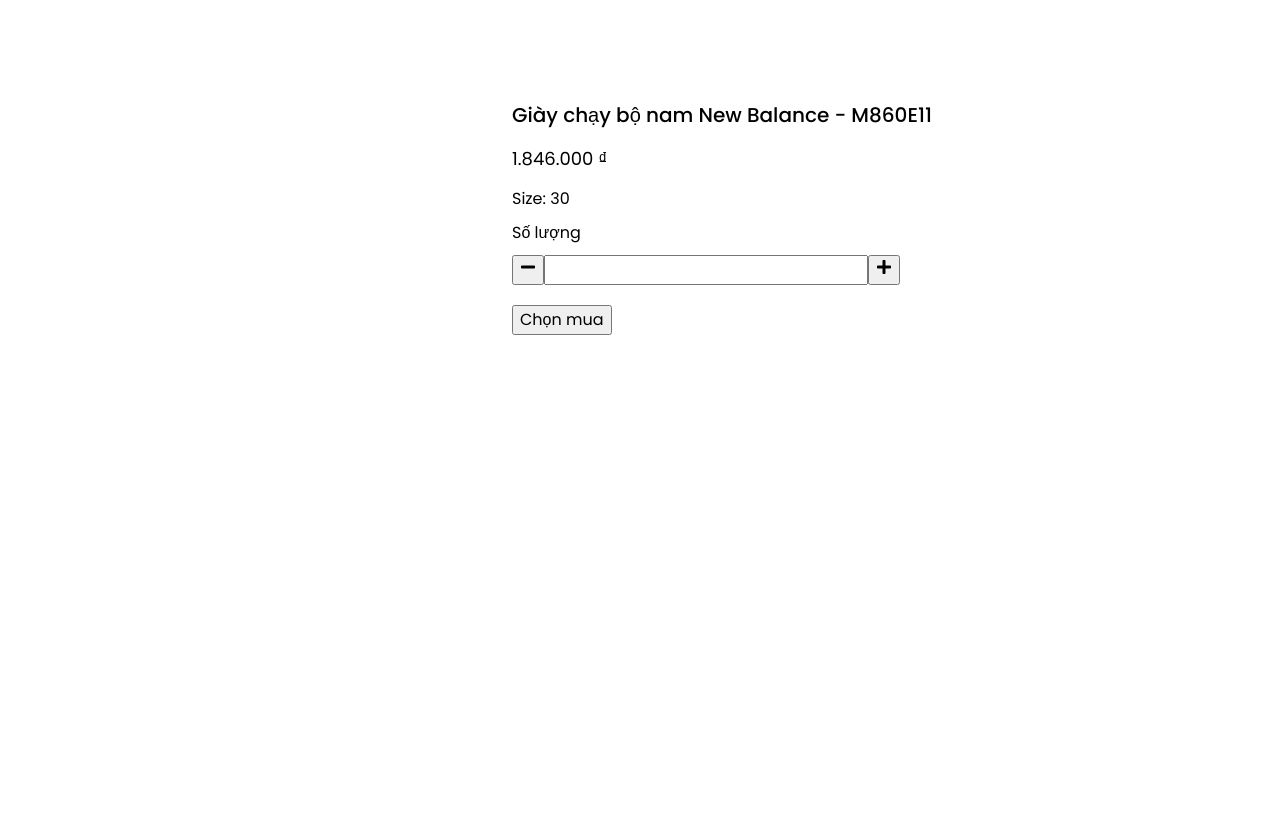
Repository: hoang0508/ReactJsHoiDanIT
Page: /
These files come from the project's save history. The page is drawn as it stood at one moment and after the next save; the edit follows.
The browser window is 1280 px wide. The pictures show the whole page.
The project was rebuilt for these pictures with package versions that can differ from the ones it lists, and the page was loaded fresh each time.

Above is the page before, as saved 2022-02-24 14:22:55.

After the next save:
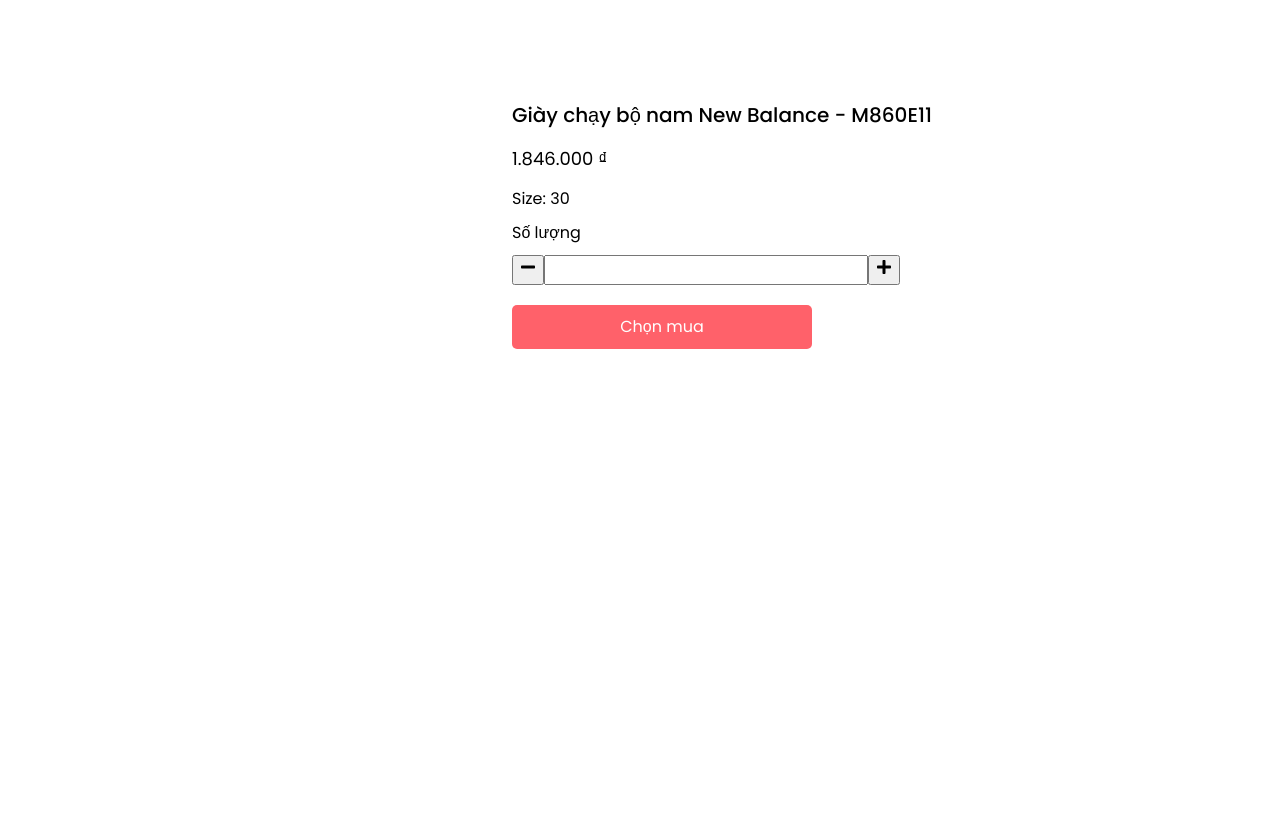
Saved 2 min 4 s later.
--- a/src/components/Products/Product.scss
+++ b/src/components/Products/Product.scss
@@ -28,4 +28,14 @@
   &-quantity {
     padding-bottom: 10px;
   }
+  &-buy {
+    width: 300px;
+    padding: 10px 20px;
+    border: 0;
+    outline: none;
+    background-color: #ff616a;
+    color: #fff;
+    cursor: pointer;
+    border-radius: 5px;
+  }
 }
